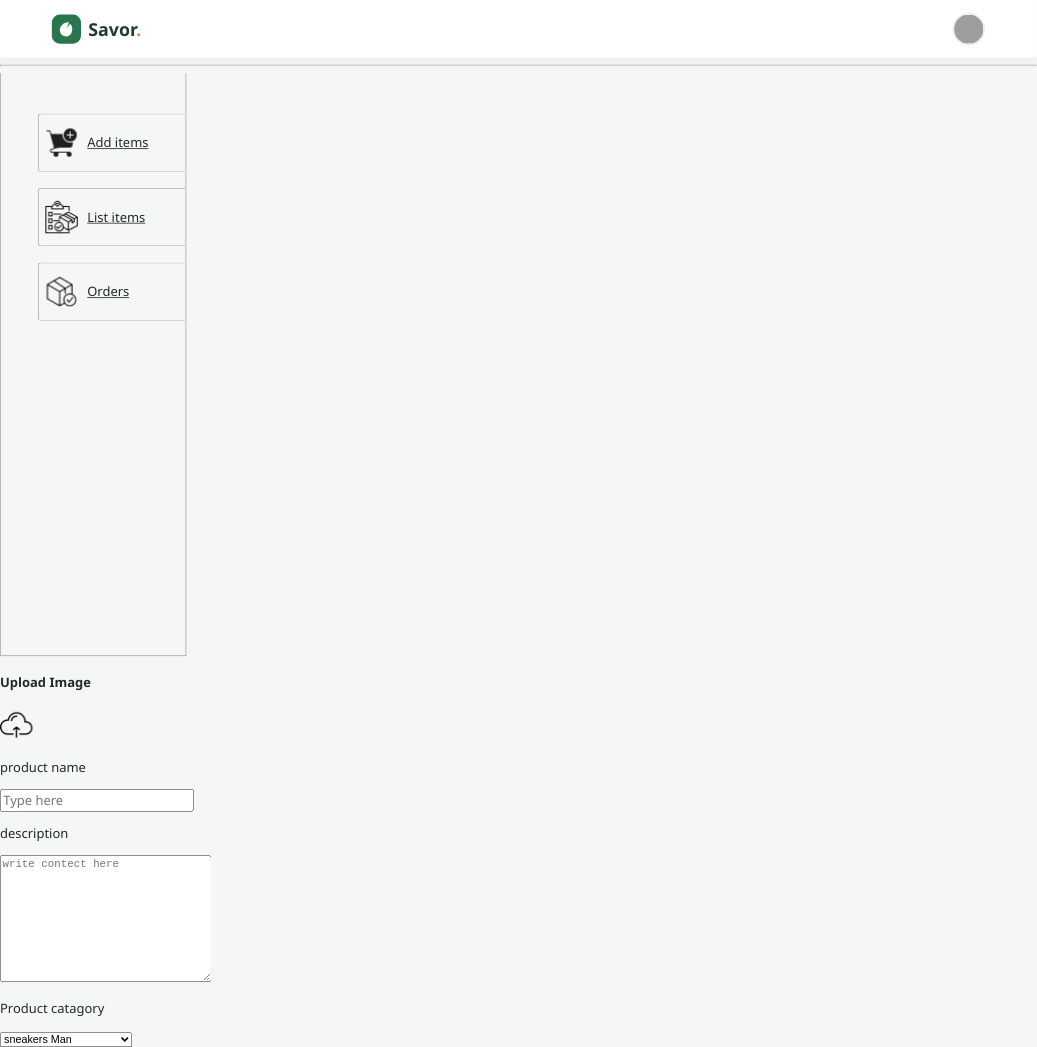
Repository: prince44991/Ecommerce-Project-Full-Stack
Page: /Additem (app in admin/my-react-app/)
The author's editor kept a copy of each file at every save. The page is drawn from the files as they stood at one save, then again after the next save.
The browser window is 1280 px wide. The pictures show the whole page, at 81% of full size.
Pictures or frames that could not be fetched are drawn as grey boxes. The project was rebuilt for these pictures with package versions that can differ from the ones it lists, and the page was loaded fresh each time. Also part of the build but not shown: admin/my-react-app/vite.config.js, admin/my-react-app/src/pages/Order/Order.jsx, admin/my-react-app/src/pages/List/List.jsx.

Above is the page before, as saved 2026-09-29 21:05:39.

After the next save:
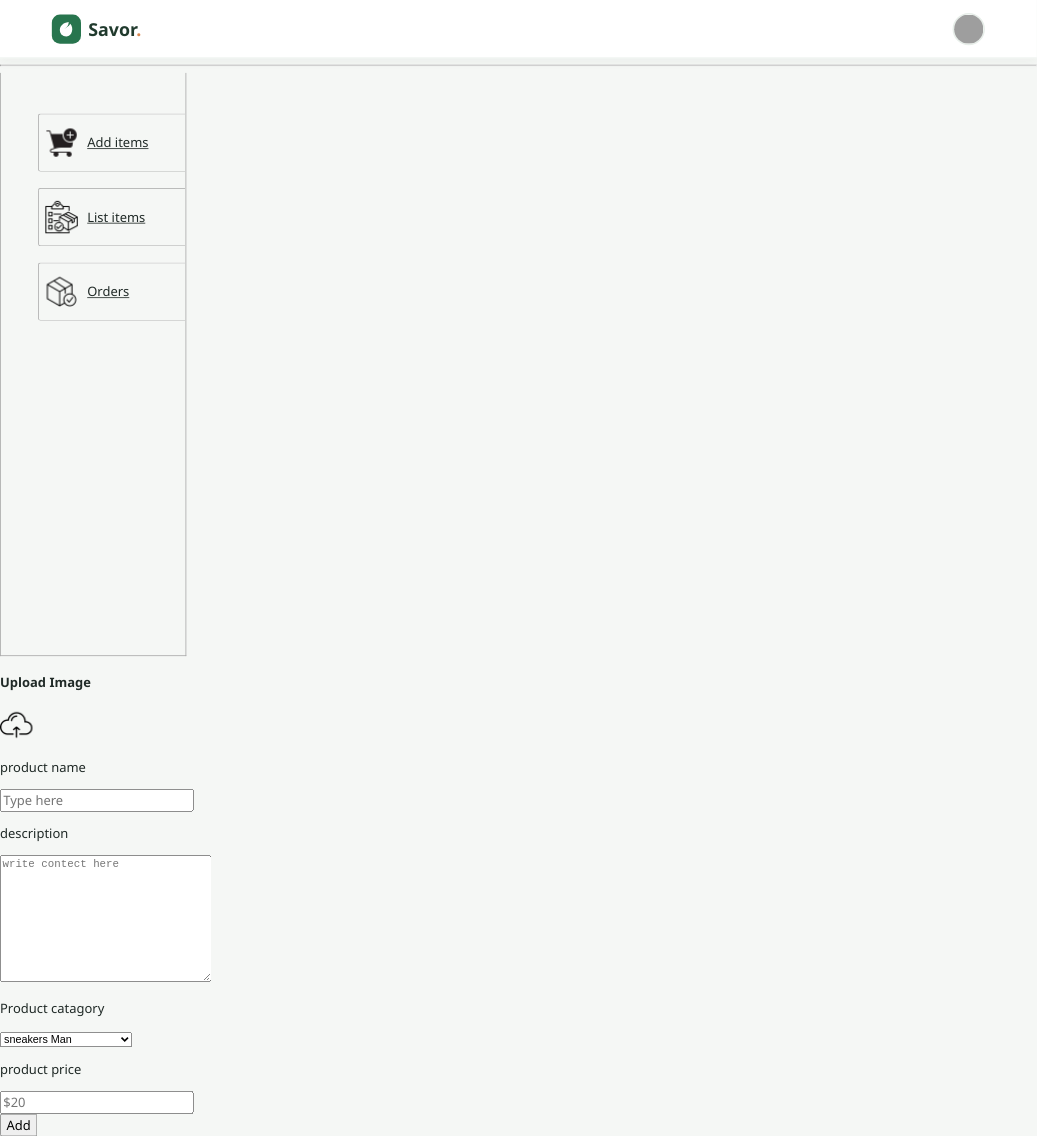
Saved 3 min 57 s later.
--- a/admin/my-react-app/src/pages/Add/Add.jsx
+++ b/admin/my-react-app/src/pages/Add/Add.jsx
@@ -19,24 +19,36 @@ const Add = () => {
         </div>
         <div className="add-product-description">
           <p>description</p>
-         <textarea name='description' rows="10" cols="30" placeholder="write contect here"></textarea>
+          <textarea
+            name="description"
+            rows="10"
+            cols="30"
+            placeholder="write contect here"
+          ></textarea>
         </div>
         <div className="add-catagory-price">
           <div className="add-catagory flex-col">
-<p>Product catagory</p>
-<select name='catagory'>
-<option value="sneakers Man">sneakers Man</option>
-<option value="Loafers">Loafers</option>
-<option value="Sports & Athletic Shoes">Sports & Athletic Shoes</option>
-<option value="Oxfords">Oxfords</option>
-<option value="Chelsea Boots">Chelsea Boots</option>
-<option value="Flats / Ballerinas">Flats / Ballerinas</option>
-<option value="Heels">Heels</option>
-{/* <option value="Chelsea Boots"></option> */}
+            <p>Product catagory</p>
+            <select name="catagory">
+              <option value="sneakers Man">sneakers Man</option>
+              <option value="Loafers">Loafers</option>
+              <option value="Sports & Athletic Shoes">
+                Sports & Athletic Shoes
+              </option>
+              <option value="Oxfords">Oxfords</option>
+              <option value="Chelsea Boots">Chelsea Boots</option>
+              <option value="Flats / Ballerinas">Flats / Ballerinas</option>
+              <option value="Heels">Heels</option>
+              {/* <option value="Chelsea Boots"></option> */}
+            </select>
+          </div>
 
-</select>
+          <div className="add-price flex-col">
+<p>product price</p>
+<input type='number' name='price' placeholder="$20"/>
           </div>
         </div>
+        <button>Add</button>
       </form>
     </div>
   );
